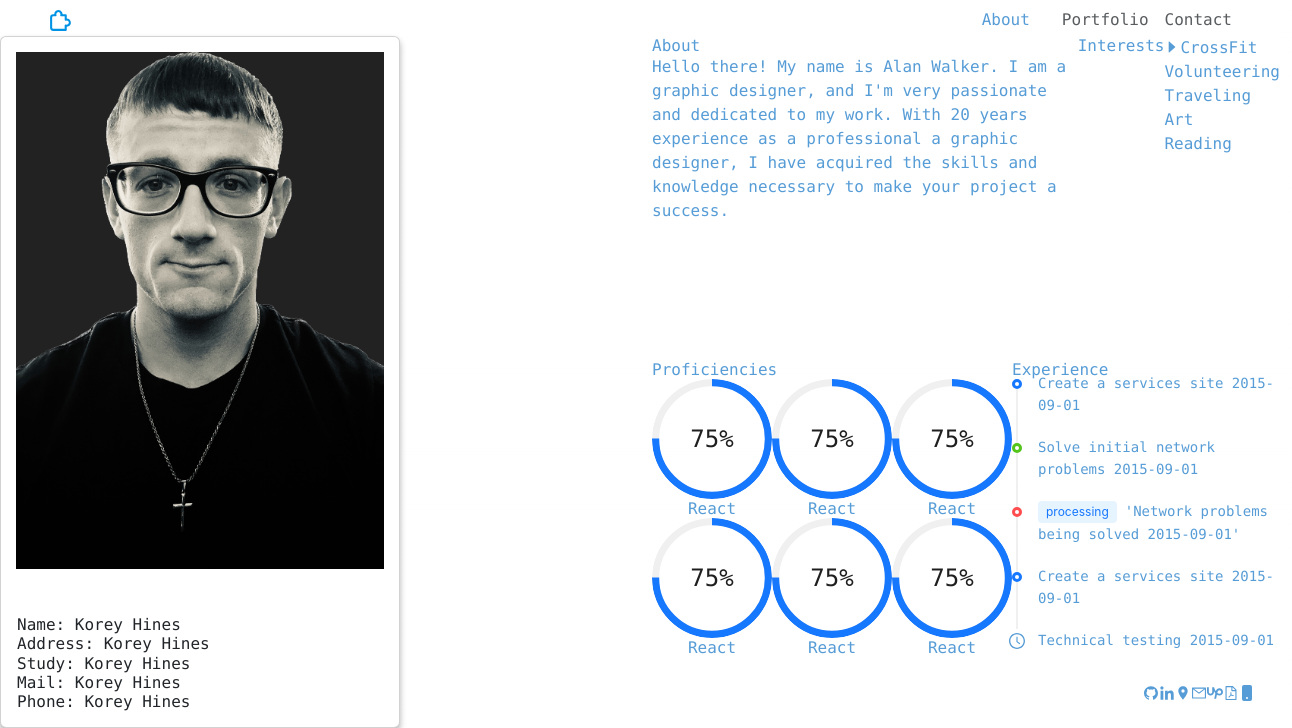
Repository: devkthines/next-portfolio-v2
Page: /about
The author's editor kept a copy of each file at every save. The page is drawn from the files as they stood at one save, then again after the next save.
The browser window is 1280 px wide. The page is 1292 px wide, so the pictures cover 1292 px, including what lies to the right of the window. The pictures show the whole page.
The project was rebuilt for these pictures with package versions that can differ from the ones it lists, and the page was loaded fresh each time. The framework's server and built-in components were replaced by stand-ins that run in the browser. Also part of the build but not shown: next.config.js.

Above is the page before, as saved 2023-09-25 21:22:02.

### src/app/layout.tsx
import 'bootstrap/dist/css/bootstrap.css';
import './globals.css'
import '../../css/style.css'
import '../../css/mobile.css'
import type { Metadata } from 'next'
import { Inter } from 'next/font/google'
import TopNav from './components/topNav'
import Footer from './components/footer'
import BottomNav from './components/bottomNav'
// Put any other imports below so that CSS from your
// components takes precedence over default styles.
const inter = Inter({ subsets: ['latin'] })

export const metadata: Metadata = {
  title: "&lt;Korey ❤️ Coding/&gt;",
  description: 'Generated by create next app',
  icons: '/puzzle-piece.svg'
}

export default function RootLayout({
  children,
}: {
  children: React.ReactNode
}) {
  return (
    <html lang="en">
      <head>
        <link rel="shortcut icon" href="/puzzle-piece.svg" type="image/x-icon" />
      </head>
      <body className={inter.className}>
        <TopNav />
        {children}
        <Footer />
        <BottomNav />
      </body>
    </html>
  )
}

### src/app/about/page.js
'use client'
import Container from 'react-bootstrap/Container';
import Row from 'react-bootstrap/Row';
import Col from 'react-bootstrap/Col';
import Button from 'react-bootstrap/Button';
import Card from 'react-bootstrap/Card';
import { Progress, Space } from 'antd';
import { ClockCircleOutlined } from '@ant-design/icons';
import { Timeline } from 'antd';
import Image from 'next/image';
import { Descriptions } from 'antd';
import { Divider, Tag } from 'antd'
import {CaretRightOutlined} from '@ant-design/icons'
const items = [
  {
    key: '1',
    label: 'Name',
    children: 'Zhou Maomao',
  },
  {
    key: '2',
    label: 'Telephone',
    children: '209-366-9363',
  },
  {
    key: '3',
    label: 'Study',
    children: 'Software Engineering',
  },
  {
    key: '4',
    label: 'email',
    children: 'dev.kthines@gmail.com',
  },
  {
    key: '5',
    label: 'Address',
    children: 'Lodi, CA',
  },
];




export default function About() {

  return (
    <div id='about'>
      {/* <div> */}
        <Row>
          <Col id=''>
            <Card id='aboutcard'>
            <Card.Img variant="top" id='aboutImg' src='/images/IMG-update.jpg' />
            <Card.Body>
              <h6>Name:  Korey Hines</h6>
              <h6>Address:  Korey Hines</h6>
              <h6>Study:  Korey Hines</h6>
              <h6>Mail:  Korey Hines</h6>
              <h6>Phone:  Korey Hines</h6>
            </Card.Body>
          </Card>
          </Col>
          <Col id='' className=''>
            <div id='abtTop' className='d-flex '><div>
              <h1>About</h1>
              <p>Hello there! My name is Alan Walker. I am
                a graphic designer, and I'm very passionate and dedicated to my work.
                With 20 years experience as a professional a graphic designer,
                I have acquired the skills and knowledge necessary to make your project a success.</p></div>
              <div className='d-flex'>
                <h1>Interests</h1>
                <ul>
                  <li><CaretRightOutlined />CrossFit</li>
                  <li>Volunteering</li>
                  <li>Traveling</li>
                  <li>Art</li>
                  <li>Reading</li>
                </ul>
                {/* <Card className='interests'>
                  <Card.Img variant="top" className='interestImg' src='/images/IMG-update.jpg' />
                  <Card.Body>
                    <Card.Text>
                      Volunteering
                    </Card.Text>
                  </Card.Body>
                </Card>
                <Card className='interests' >
                  <Card.Img variant="top" className='interestImg' src='/images/IMG-update.jpg' />
                  <Card.Body>
                    <Card.Text>
                      All things CrossFit
                    </Card.Text>
                  </Card.Body>
                </Card> */}
              </div>
            </div>
            <div id='abtBtm' className='d-flex'>
            <div>
              <h1>Proficiencies</h1>
              <div className='d-flex'>
                <div className='text-center'><Progress strokeLinecap="butt" type="circle" percent={75} /><h6>React</h6></div>
                <div className='text-center'><Progress strokeLinecap="butt" type="circle" percent={75} /><h6>React</h6></div>
                <div className='text-center'><Progress strokeLinecap="butt" type="circle" percent={75} /><h6>React</h6></div>
              </div>
              <div className='d-flex'>
                <div className='text-center'><Progress strokeLinecap="butt" type="circle" percent={75} /><h6>React</h6></div>
                <div className='text-center'><Progress strokeLinecap="butt" type="circle" percent={75} /><h6>React</h6></div>
                <div className='text-center'><Progress strokeLinecap="butt" type="circle" percent={75} /><h6>React</h6></div>
              </div>
            </div>
            <div> <h1>Experience</h1>
              <Timeline
                // mode="alternate"
                items={[
                  {
                    children: 'Create a services site 2015-09-01',
                  },
                  {
                    children: 'Solve initial network problems 2015-09-01',
                    color: 'green',
                  },
                  {
                    color: 'red',
                    children: <><Tag bordered={false} color="processing">
                      processing
                    </Tag>'Network problems being solved 2015-09-01'</>,
                  },
                  {
                    children: 'Create a services site 2015-09-01',
                  },
                  {
                    dot: <ClockCircleOutlined style={{ fontSize: '16px' }} />,
                    children: 'Technical testing 2015-09-01',
                  },
                ]}
              />
            </div>
            </div>
          </Col>
        </Row>
      {/* </div> */}
    </div>
  )
}

### css/style.css
* {
    box-sizing: border-box;
    margin: 0;
    padding: 0;
    font-family: Consolas, "Courier New", monospace;
    /* background-color: #222222; */
    color: #569cd6;

}

body {
    background-color: white;
}

.infoSection {
    /* width: 80vw; */
    height: 90vh;
    /* display: flex; */
    /* justify-content: center; */
    /* margin-bottom: 20vh; */
    background-color: #222222;
    border-bottom: 3px solid #569cd6;
}

#infoCol {
    display: flex;
    justify-content: center;
}

.aboutSection {
    /* width: 80vw; */
    padding-top: 100px;
    /* height: 70vh; */
    background: linear-gradient(#222222, rgb(24, 24, 24));
}

#portrait {
    width: 40vw;
    height: 80vh;
    /* border-radius: 0 0 2rem 2rem; */
}

#portraitCol {
    display: flex;
    justify-content: center;
}

#portrait:hover {
    transform: rotateX(180deg);
}

.imgTest {
    margin: 10px;
}

.imgTest:active {
    flex-grow: 10000;
    transform: scale(1);

    max-width: 600px;
    margin: 0px;
    border-radius: 40px;

    background-size: auto 100%;
}

.tab-content {
    height: 100% !important;
    margin-left: 25% !important;
}

/* .color-change{
    background-color: greenyellow;
} */
.noShow {
    display: none;
}

.buttonShow {
    display: block;
}

#tile1 {
    width: 700px;
    height: 500px;
}

#experience {
    padding-top: 50px;
    height: auto;
}

main {
    display: flex;
    flex-direction: column;
    justify-content: center;
    align-items: center;
}

.middle {
    transition: .5s ease;
    opacity: 0;
    position: absolute;
    top: 50%;
    left: 50%;
    transform: translate(-50%, -50%);
    -ms-transform: translate(-50%, -50%);
    text-align: center;
}

#imageTile1 {
    position: relative;
    width: 40vw;
    height: 70vh;
}

#tile1 {
    width: 100%;
    height: 100%;
}

#imageTile1:hover #tile1 {
    opacity: 0.3;
}

#imageTile1:hover .middle {
    opacity: 1;
}

.text {
    background-color: #04AA6D;
    color: white;
    font-size: 16px;
    padding: 16px 32px;
}

#no-expand {
    display: none;

}

#expandIt {
    display: block;
}

.no-Display {
    display: none;
}

.okToDisplay {
    display: block;
}

a.nav-link {
    color: #569cd6;
}


#topNav {
    background-color: white;
    display: none;
    /* position: fixed; */
    /* top: 0; */
    width: 100%;
    height: 5vh;
}

#footer {
    display: flex;
    justify-content: space-between;
    padding: 0 25px;
}

#bottomNav {
    display: flex;
    position: fixed;
    bottom: 0;
    width: 100%;
    background-color: white;
    font-size: 16px;
}
#about{
    /* margin-top: 10vh; */
    height: 90vh;
    /* overflow: hidden; */
}

#aboutImg{
    width: 400px;
    /* height: ; */
    padding: 15px 15px 30px;
}
#aboutcard{
    box-shadow: 0 4px 6px rgba(0, 0, 0, .3);
    /* height: fit-content; */
    width: 400px;
}
.interests{
    width: 200px;
    height: 300px;
}
.interestImg{
    width: 200px;
    height: 200px;
}
#abtTop{
    height: 45vh;
}
#abtBtm{
    height: 45vh;
}
#abtLeft{
    /* width: 25vw; */
}
#abtRight{
    /* width: 75vw; */
}

### css/mobile.css
@media screen and (min-width: 640px){

    /* background-color: green!important; */
    #portrait{
        width: 500px;
        height: 500px;
        /* border-radius: 0 0 2rem 2rem; */

    }

main{
    /* color: white!important; */
}
}
@media screen and (min-width: 768px){
#portraitCol{

    justify-content: start;
}
#infoCol{
    justify-content: end;
    /* text-align: end; */
}
}
@media screen and (min-width: 1024px){
    #portrait{
        width: 600px;
        height: 600px;
        /* border-radius: 0 0 2rem 2rem; */
    }
    #topNav{
        display:flex ;
    }
    #bottomNav{
        display: none;
    }
}
@media screen and (min-width: 1280px){

}
@media screen and (min-width: 1536px){

}

### src/app/components/topNav.js
'use client';
import Nav from 'react-bootstrap/Nav';
import Image from 'next/image';


export default function TopNav(){

    return(
        <header>
        {/* <Navbar id='topNav' className={`${color ? 'color-change' : ''}`} sticky='top' expand="lg" > */}

        <Nav id='topNav' variant="underline" defaultActiveKey="/home" className='d-flex justify-content-between'>
       <div className='ms-5'><Nav.Item>
          <Nav.Link href="/"><Image width={25} height={25} id='navbrand' src="/puzzle-piece.svg" alt="" /></Nav.Link>
        </Nav.Item></div>
        <div className='d-flex me-5'><Nav.Item className='px-3'>
          <Nav.Link href="/about">About</Nav.Link>
        </Nav.Item>
        <Nav.Item className='px-3'>
          <Nav.Link eventKey="disabled" disabled>
            Portfolio
          </Nav.Link>
        </Nav.Item>
        <Nav.Item>
          <Nav.Link eventKey="disabled" disabled>
            Contact
          </Nav.Link>
        </Nav.Item>
        </div>
      </Nav>
      </header>
    )
} ;

### src/app/components/footer.js
'use client'

import OverlayTrigger from 'react-bootstrap/OverlayTrigger';
import Card from 'react-bootstrap/Card';
import { AiFillGithub } from 'react-icons/ai';
import { GrLinkedinOption } from 'react-icons/gr';
import { MdVolunteerActivism } from 'react-icons/md';
import { IoLogoCss3 } from 'react-icons/io';
import { IoLogoJavascript } from 'react-icons/io';
import { CgGym } from 'react-icons/cg';
import { AiOutlineMail } from 'react-icons/ai';
import { AiOutlineFilePdf } from 'react-icons/ai';
import { BsFillPhoneFill } from 'react-icons/bs';
import { MdLocationOn } from 'react-icons/md';
import { SiUpwork } from 'react-icons/si';
// import PicOfMe from '/images/image_67220481.JPG'
import Container from 'react-bootstrap/Container';
import Row from 'react-bootstrap/Row';
import Col from 'react-bootstrap/Col';
import { useEffect } from 'react';
import Tooltip from 'react-bootstrap/Tooltip';
import $ from 'jquery'

 export default function Footer(){
    const btnName = {
        'gitHub': {
          'id': 1,
          "placement": "bottom",
          "info": "gitHub",
          "icon": <a href="https://github.com/devkthines" target='_blank'>
            <button className='quickLinks'><AiFillGithub /></button></a>
        },
        'linkedIn': {
          'id': 2,
          "placement": "bottom",
          "info": "linkedIn",
          "icon": <a href="https://www.linkedin.com/in/korey-hines-17b0a9263" target='_blank'><button className='quickLinks'><GrLinkedinOption />
          </button></a>
        },
        'gMaps': {
          'id': 3,
          "placement": "bottom",
          "info": "gMaps",
          "icon": <a href="https://goo.gl/maps/BovFkBEjUMQ6VBob9" target='_blank'>
            <button className='quickLinks'><MdLocationOn /></button></a>
        },
        'gMail': {
          'id': 4,
          "placement": "bottom",
          "info": "gMail",
          "icon": <a href="mailto:dev.kthines@gmail.com"><button className='quickLinks'><AiOutlineMail /></button></a>
        },
        'upWork': {
          'id': 5,
          "placement": "bottom",
          "info": "upWork",
          "icon": <a href="https://www.upwork.com/freelancers/~01ae4feb16c6fa7213?viewMode=1" target='_blank'>
            <button className='quickLinks'><SiUpwork /></button></a>
        },
        'redPDF': {
          'id': 6,
          "placement": "bottom",
          "info": "resume",
          "icon": <a className='aLink' target="_blank" href="/files/hinesResume.pdf">
            <button className='quickLinks'><AiOutlineFilePdf /></button></a>
        },
        'phone': {
          'id': 7,
          "placement": "bottom",
          "info": "phone",
          "icon": <a href="tel:2093669363" >  <button className='quickLinks'><BsFillPhoneFill /></button></a>
        }
      }
    return(
        <>
        <footer id='footer'><p>Copyright 2023- Korey Hines</p>
       <div> {Object.entries(btnName).map(([k, v]) => (
                <div className='d-inline-block' key={v.id}>
                  <OverlayTrigger
                    trigger="hover"
                    key={v.id}
                    placement={v.placement}
                    overlay={

                      <Tooltip id={`tooltip-${v.placement}`}>
                        {v.info}
                      </Tooltip>
                    }
                  >
                    {v.icon}
                  </OverlayTrigger>
                </div>))}
</div>
        </footer>
        </>
    )
 }

### src/app/components/bottomNav.js
'use client'
import Nav from 'react-bootstrap/Nav';
import Image from 'next/image';
export default function BottomNav(){

    return(
        <>
        <Nav id='bottomNav' className="justify-content-center" activeKey="/home">
        <Nav.Item>
          <Nav.Link href="/"><Image width={25} height={25} id='navbrand' src="/puzzle-piece.svg" alt="" /></Nav.Link>
        </Nav.Item>
        <Nav.Item>
          <Nav.Link eventKey="link-1">About</Nav.Link>
        </Nav.Item>
        <Nav.Item>
          <Nav.Link eventKey="link-2">Portfolio</Nav.Link>
        </Nav.Item>
        <Nav.Item>
          <Nav.Link eventKey="disabled" disabled>
            Contact
          </Nav.Link>
        </Nav.Item>
      </Nav>
        </>
    )
}

Loaded but not shown: src/app/globals.css (common file); tailwind.config.ts (common file)

After the next save:
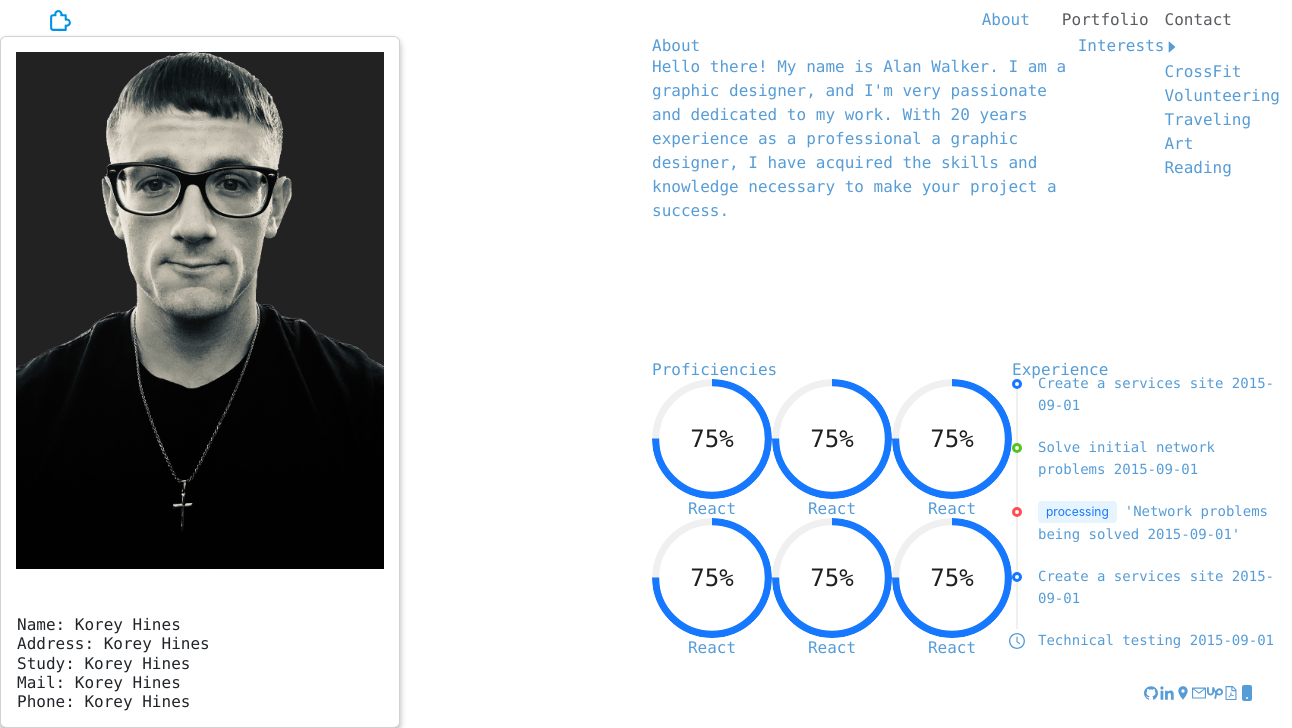
Saved 48 s later.
--- a/src/app/about/page.js
+++ b/src/app/about/page.js
@@ -70,7 +70,7 @@ export default function About() {
               <div className='d-flex'>
                 <h1>Interests</h1>
                 <ul>
-                  <li><CaretRightOutlined />CrossFit</li>
+                  <li><CaretRightOutlined />&nbsp; &nbsp; &nbsp; CrossFit</li>
                   <li>Volunteering</li>
                   <li>Traveling</li>
                   <li>Art</li>
